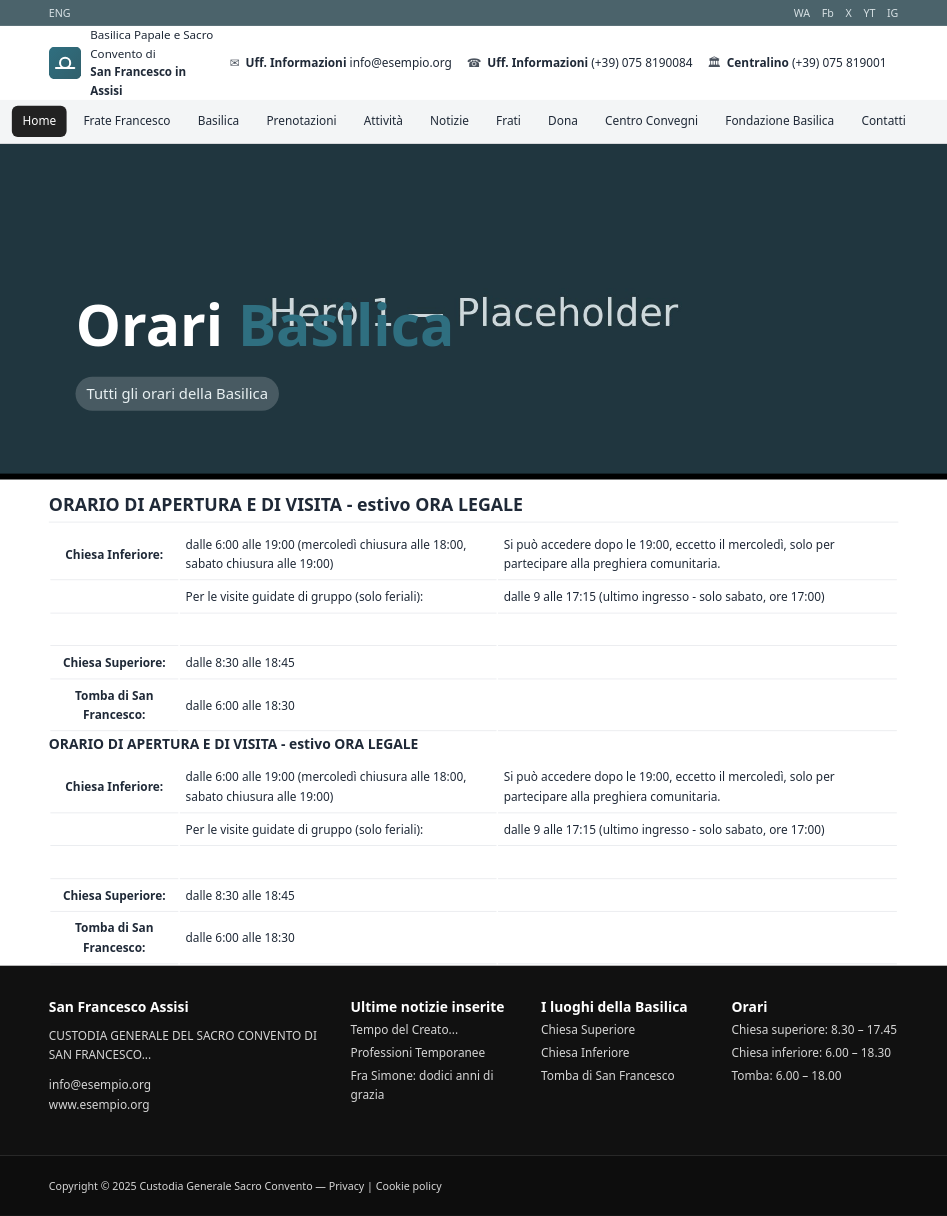
Repository: leacappello/basilica-platform-project
Page: pages/orari.html
The author's editor kept a copy of each file at every save. The page is drawn from the files as they stood at one save, then again after the next save.
The browser window is 1280 px wide. The pictures show the whole page, at 74% of full size.

Above is the page before, as saved 2025-09-15 12:47:42.
Console error (its wording comes from the project's code and is left out).

After the next save:
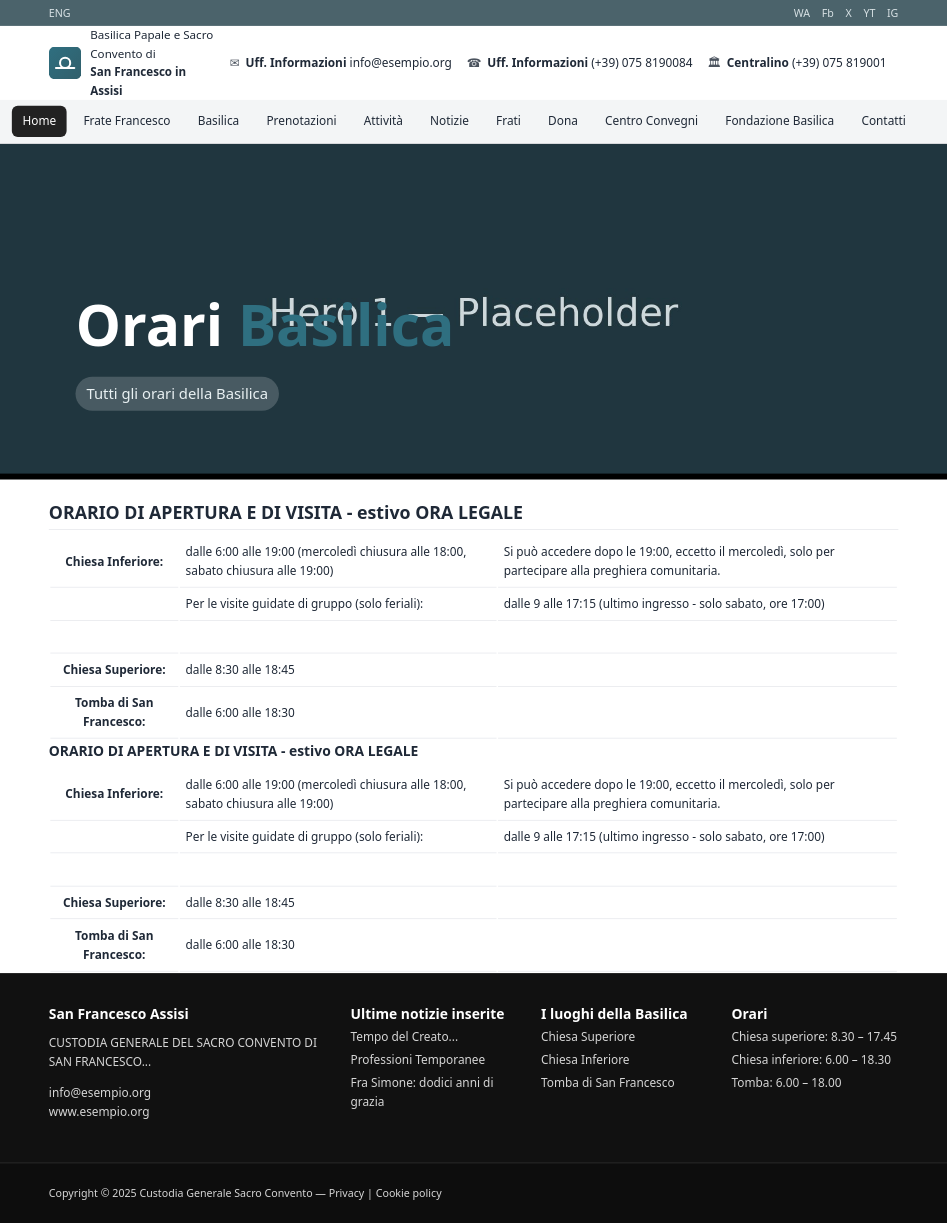
Saved 13 s later.
--- a/assets/styles.css
+++ b/assets/styles.css
@@ -224,7 +224,7 @@ a:hover{text-decoration:underline}
 }
 
 .titolo-orari{
-  margin-top: 20px; font-size: 1.5rem;
+  margin-top: 30px; font-size: 1.5rem;
   margin-bottom:.5rem;
   border-bottom:1px solid var(--border);
   padding-bottom:.5rem
